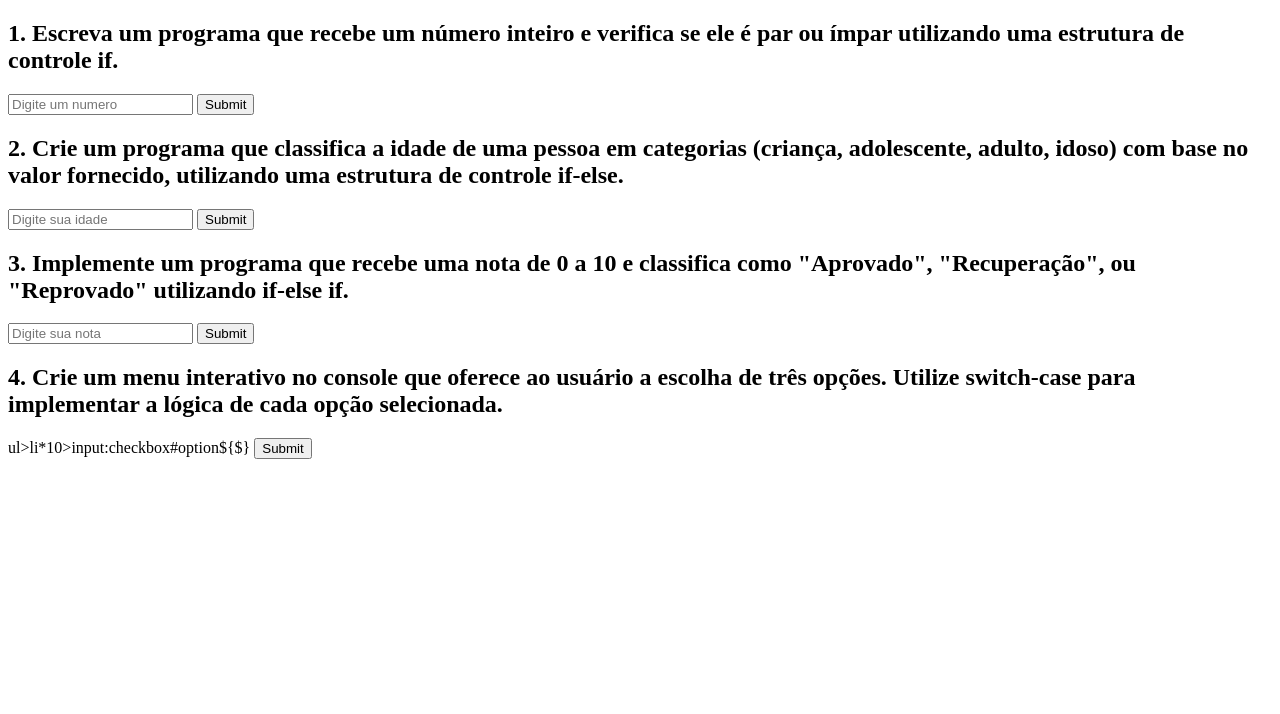
Repository: chidekina/prati-logica
Page: index.html
An editor plug-in stored every save of this project. The page is shown before and after the next save, followed by the edit.
The browser window is 1280 px wide. The pictures show the whole page.

Above is the page before, as saved 2025-04-29 14:28:27.

### index.html
<!DOCTYPE html>
<html lang="en">
<head>
    <main>
        <meta charset="UTF-8">
        <meta name="viewport" content="width=device-width, initial-scale=1.0">
        <title>+prati - Lista de Exercicios 1</title>
    </head>
<body>
    <div>
        <h2>
            1. Escreva um programa que recebe um número inteiro e verifica se ele é par ou ímpar
utilizando uma estrutura de controle if.
    </h2>
    <div>
        <input id="task1" type="text" placeholder="Digite um numero" />
        <input type="submit" onclick="parOuImpar()">
    </div>
    <h3 id="answer1"></h3>
</div>
    <div>
        <h2>
            2. Crie um programa que classifica a idade de uma pessoa em categorias (criança,
adolescente, adulto, idoso) com base no valor fornecido, utilizando uma estrutura de
controle if-else.
    </h2>
    <div>
        <input id="task2" type="text" placeholder="Digite sua idade" />
        <input type="submit" onclick="classificacaoEtaria()">
    </div>
    <h3 id="answer2"></h3>
</div>
    <div>
        <h2>
            3. Implemente um programa que recebe uma nota de 0 a 10 e classifica como
"Aprovado", "Recuperação", ou "Reprovado" utilizando if-else if.
    </h2>
    <div>
        <input id="task3" type="text" placeholder="Digite sua nota" />
        <input type="submit" onclick="aprovacao()">
    </div>
    <h3 id="answer3"></h3>
</div>
    <div>
        <h2>
            4. Crie um menu interativo no console que oferece ao usuário a escolha de três opções.
Utilize switch-case para implementar a lógica de cada opção selecionada.
    </h2>
    <div>
        ul>li*10>input:checkbox#option${$}
        <input type="submit" onclick="aprovacao()">
    </div>
    <h3 id="answer3"></h3>
</div>
</main>
<script src="app.js"></script>
</body>
</html>

### app.js
function parOuImpar() {
  const task1 = document.getElementById("task1");
  const numero = parseInt(task1.value);
  let answer1 = document.getElementById("answer1");

  if (isNaN(numero)) {
    alert("Digite um número válido.");
  } else {
    answer1.innerHTML = `O número ${numero} é ${numero % 2 === 0 ? 'par' : 'ímpar'}`;
  }
  task1.value = '';
}

function classificacaoEtaria() {
  const task2 = document.getElementById("task2");
  const idade = parseInt(task2.value);
  let classificacao;
  let answer2 = document.getElementById("answer2");

  if (isNaN(idade) || idade > 100 || idade < 0) {
    alert("Digite uma idade válida.");
  } else {
    if (idade >= 60) {
      classificacao = "idoso";
    } else if (idade >= 20) {
      classificacao = "adulto";
    } else if (idade >= 12) {
      classificacao = "adolescente";
    } else {
      classificacao = "criança";
    }
    answer2.innerHTML = `A idade de ${idade} anos é classificada como ${classificacao}.`;
  }
  task2.value = '';
}

function aprovacao() {
    const task3 = document.getElementById('task3');
    const nota = task3.value;

    if( nota < 0 || nota > 10 || isNaN(nota)) {
        alert('Digite uma nota válida.');
    } else {
        answer3.innerHTML = nota >= 7 ? 'Parabéns! Você foi aprovado.' : 'Poxa... Você ficou de recuperação.';
    }

    task3.value = '';
}

After the next save:
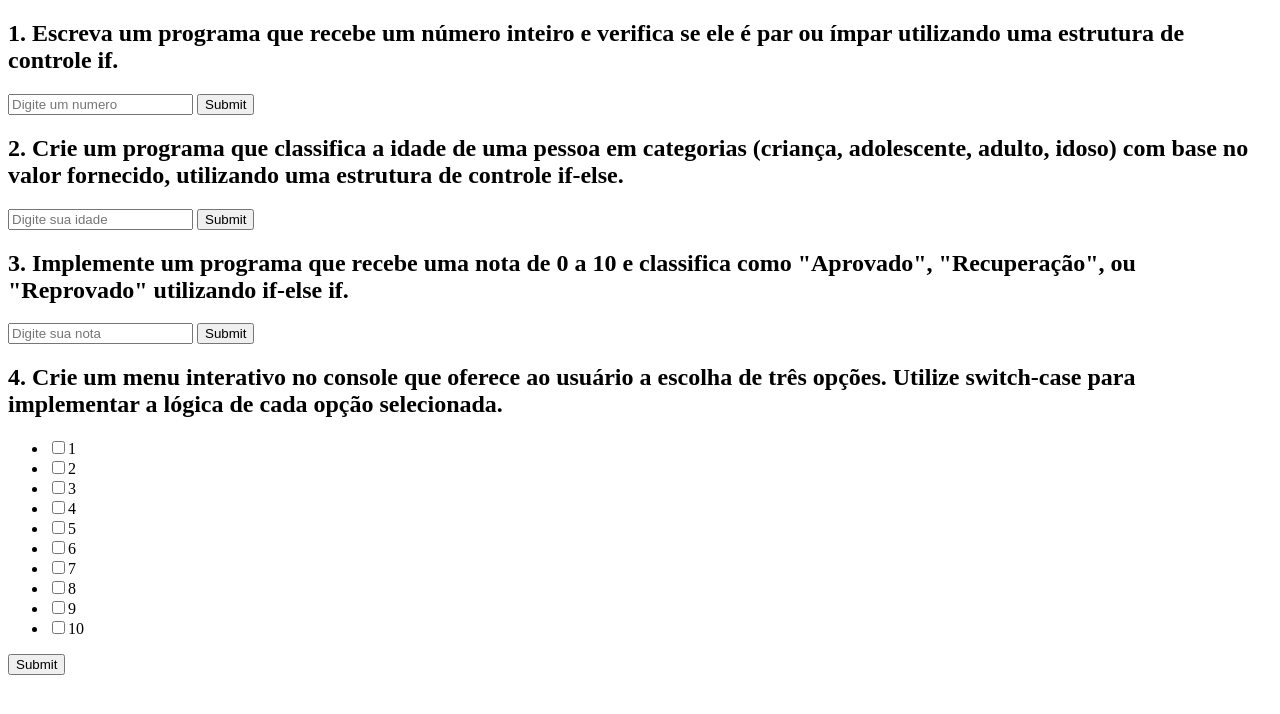
Saved 4 s later.
--- a/index.html
+++ b/index.html
@@ -47,7 +47,18 @@ controle if-else.
 Utilize switch-case para implementar a lógica de cada opção selecionada.
     </h2>
     <div>
-        ul>li*10>input:checkbox#option${$}
+        <ul>
+            <li><input type="checkbox" name="" id="option1">1</input></li>
+            <li><input type="checkbox" name="" id="option2">2</input></li>
+            <li><input type="checkbox" name="" id="option3">3</input></li>
+            <li><input type="checkbox" name="" id="option4">4</input></li>
+            <li><input type="checkbox" name="" id="option5">5</input></li>
+            <li><input type="checkbox" name="" id="option6">6</input></li>
+            <li><input type="checkbox" name="" id="option7">7</input></li>
+            <li><input type="checkbox" name="" id="option8">8</input></li>
+            <li><input type="checkbox" name="" id="option9">9</input></li>
+            <li><input type="checkbox" name="" id="option10">10</input></li>
+        </ul>
         <input type="submit" onclick="aprovacao()">
     </div>
     <h3 id="answer3"></h3>
